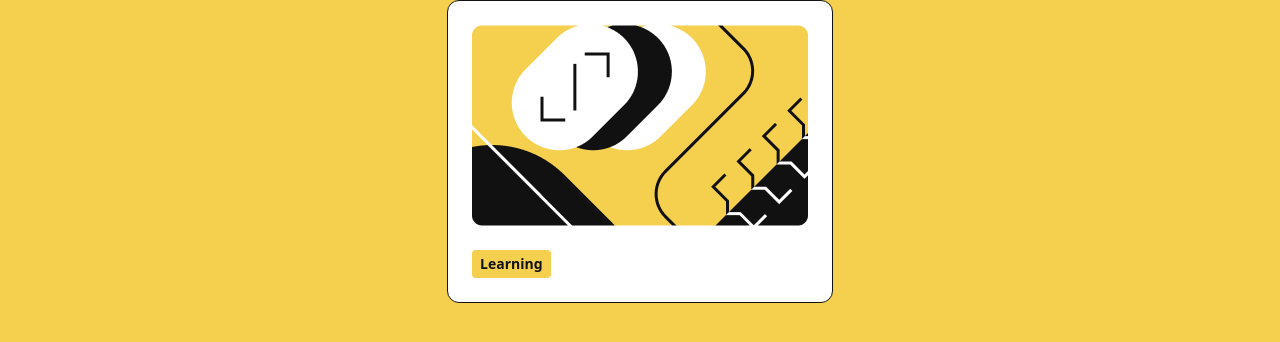
Repository: orcunelektirikci/fe-mentor-blogprev
Page: index.html
The author's editor kept a copy of each file at every save. The page is drawn from the files as they stood at one save, then again after the next save.
The browser window is 1280 px wide. The pictures show the whole page.
Some web libraries are served in a nearby version.

Above is the page before, as saved 2024-04-12 16:49:36.

After the next save:
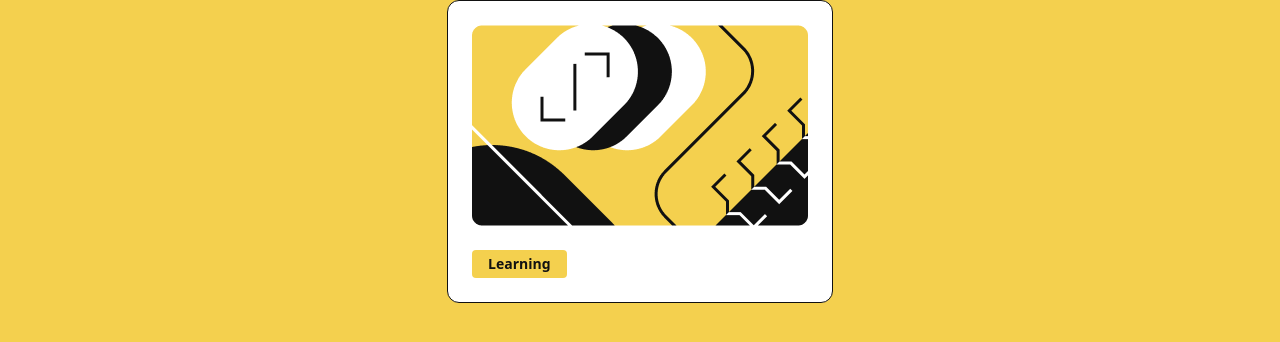
Saved 14 s later.
--- a/index.html
+++ b/index.html
@@ -12,7 +12,7 @@
 
     <div class="bg-white border-[1px] rounded-xl border-black p-6 flex flex-col justify-evenly space-y-6">
         <img src="assets/img/blogimage.png" alt="">
-        <button class="bg-yellow rounded font-semibold text-black text-sm py-1 px-2 max-w-min" type="button">Learning</button>
+        <button class="bg-yellow rounded font-semibold text-black text-sm py-1 px-4 max-w-min" type="button">Learning</button>
     </div>
 
     <script src="/assets/js/main.js"></script>
